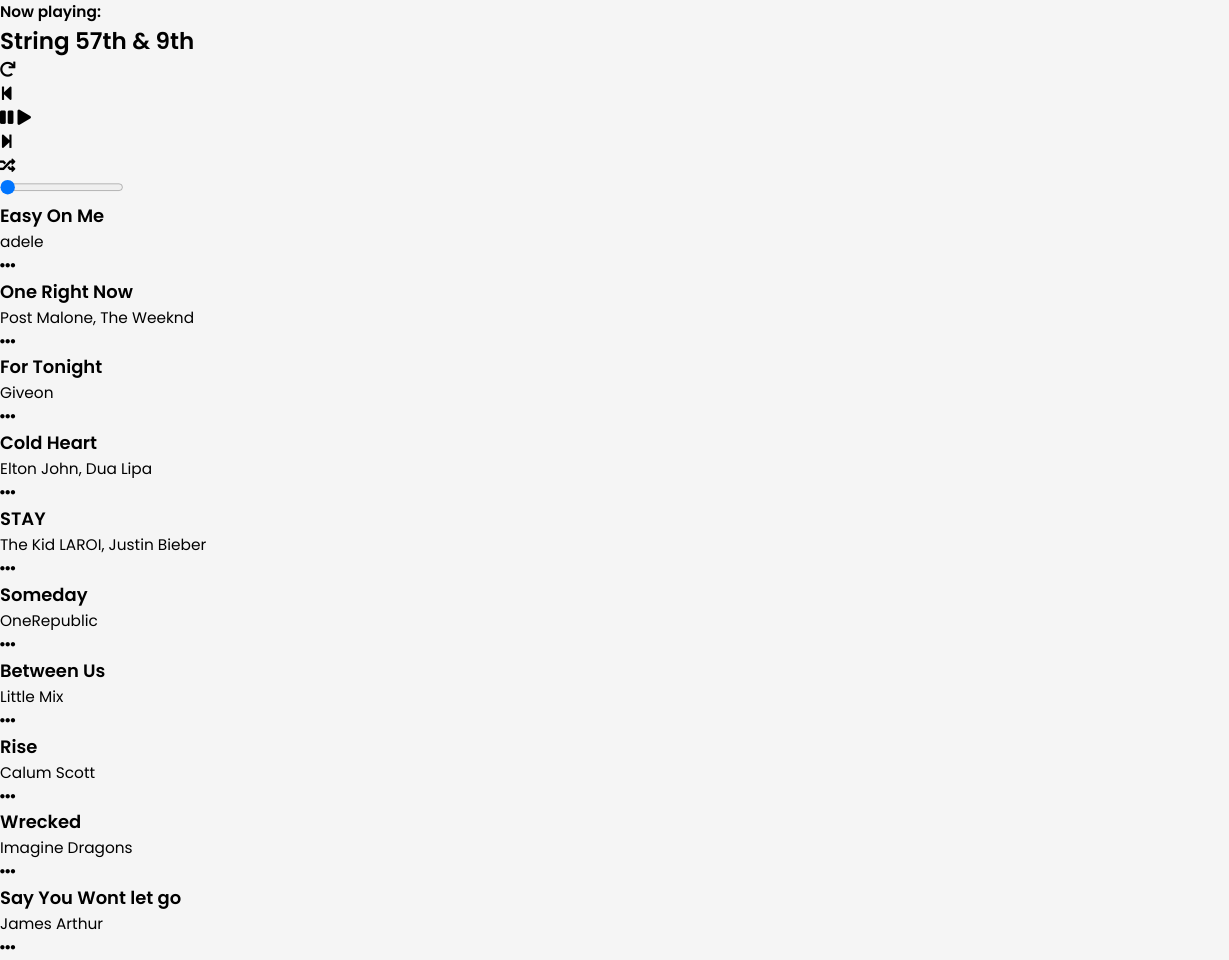
Repository: maivannhan1998/MusicPlayer.github.io
Page: index.html
These files come from the project's save history. The page is drawn as it stood at one moment and after the next save; the edit follows.
The browser window is 1280 px wide. The pictures show the whole page, at 96% of full size.
Pictures or frames that could not be fetched are drawn as grey boxes.

Above is the page before, as saved 2021-11-09 15:11:47.

After the next save:
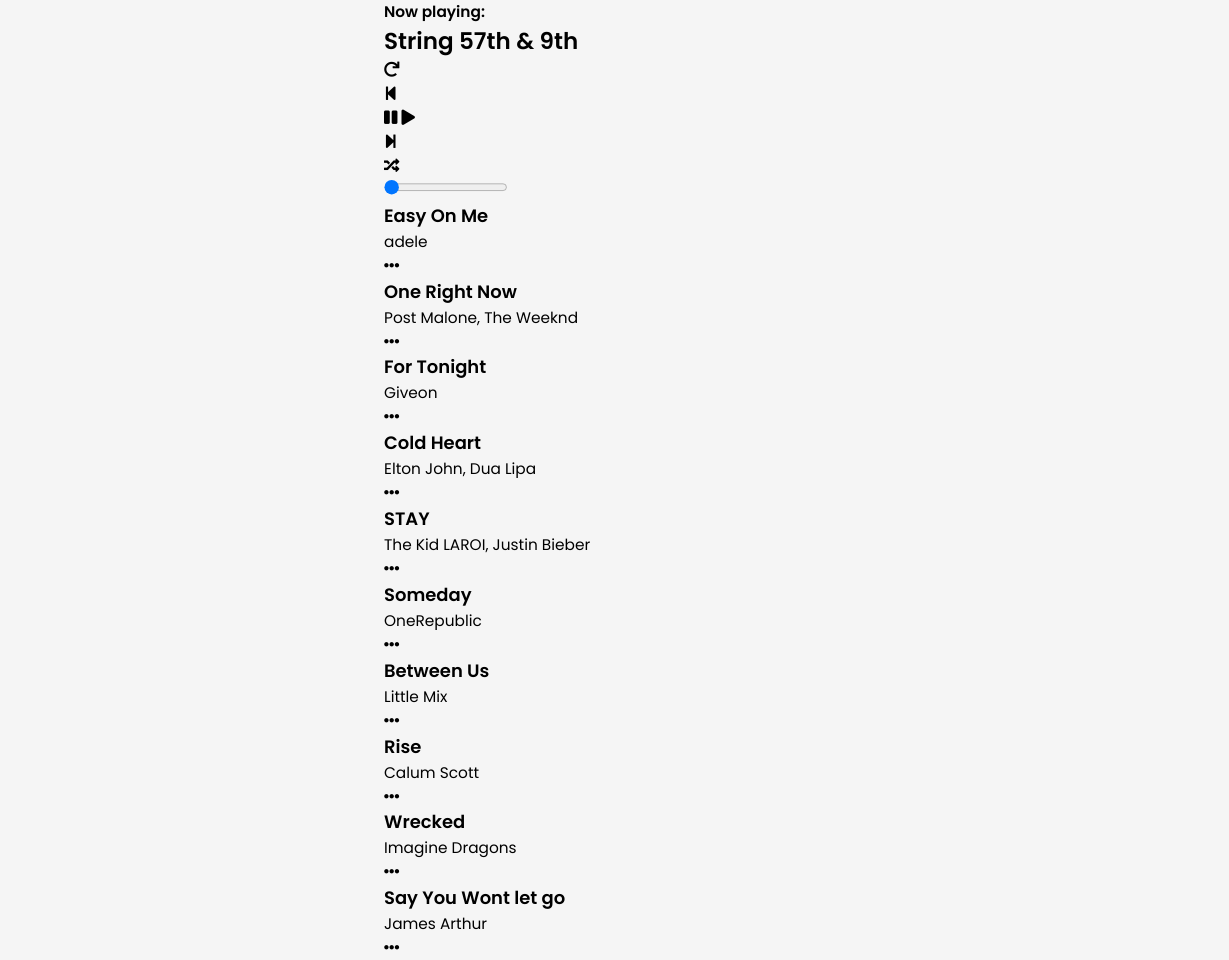
Saved 38 s later.
--- a/assets/css/main.css
+++ b/assets/css/main.css
@@ -17,3 +17,9 @@
   box-sizing: border-box;
   font-family: "Poppins", sans-serif;
 }
+
+.player {
+  position: relative;
+  max-width: 480px;
+  margin: 0 auto;
+}
